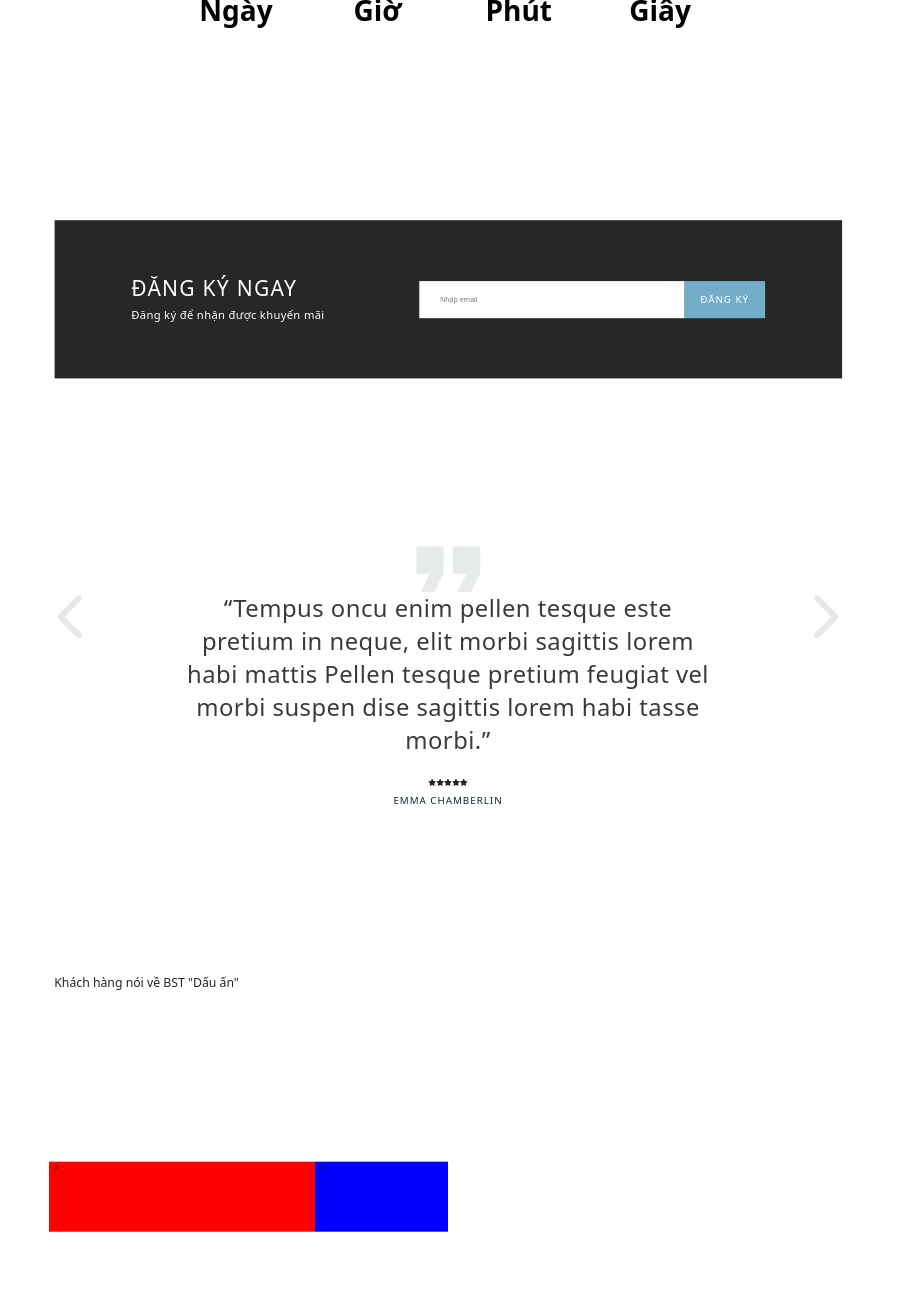
Repository: CangNgo/shoptrangsuc.github.io
Page: index.html
An editor plug-in stored every save of this project. The page is shown before and after the next save, followed by the edit.
The browser window is 1280 px wide. The page is 1288 px wide, so the pictures cover 1288 px, including what lies to the right of the window. The pictures show the part of the page from y = 4051 to 5931 px (the page is 5931 px tall), at 70% of full size.

Above is the page before, as saved 2024-01-11 18:23:40.

### index.html
<!DOCTYPE html>
<html lang="en">

<head>
    <meta charset="UTF-8">
    <meta name="viewport" content="width=device-width, initial-scale=1.0">
    <link rel="stylesheet" href="asset/css/style.css">
    <link rel="stylesheet" href="asset/css/layout.css">
    <link rel="stylesheet" href="asset/fontawesome-free-6.2.1-web/fontawesome-free-6.2.1-web/css/all.min.css">
    <link href="https://cdn.jsdelivr.net/npm/bootstrap@5.3.2/dist/css/bootstrap.min.css" rel="stylesheet" integrity="sha384-T3c6CoIi6uLrA9TneNEoa7RxnatzjcDSCmG1MXxSR1GAsXEV/Dwwykc2MPK8M2HN" crossorigin="anonymous">

    <title>Serein shop trang sức</title>
</head>

<body>
    <main>
        <header>
            <div class="grid wide">
                <div class="header__main">
                    <div class="logo">
                        <img src="asset/img/logo.png" alt="">
                    </div>
                    <div class="nav">
                        <div class="navbar">
                            <ul>
                                <li><a href="#">Home</a></li>
                                <li><a href="shop.html">Shop</a></li>
                                <li><a href="#">About</a></li>
                                <li><a href="#">Blogs</a></li>
                                <li><a href="#">Contact</a></li>
                            </ul>
                        </div>
                        <div class="right__icons">
                            <div class="right__icon-item">
                                <i class="fa-solid fa-magnifying-glass"></i>
                            </div>
                            <div class="right__icon-item">
                                <i class="fa-solid fa-user"></i>
                            </div>
                            <div class="right__icon-item">
                                <i class="fa-solid fa-cart-shopping"></i>
                                <span>(0)</span>
                            </div>
                        </div>
                    </div>
                </div>
            </div>
        </header>
        <div class="banner">
            <div class="grid wide">
                <div class="row">
                    <div class="col l-6">
                        <div class="banner__left">
                            <h3>Bộ sưu tập</h3>
                            <h2>Dấu ấn</h2>
                            <span>Mỗi chúng ta là một cá thể độc nhất trên thế giới, vậy nên, hãy thoải mái sáng tạo
                                theo cách riêng của bạn. Dù ở bất kỳ phiên bản nào, Serein Jewelry luôn đồng hành cùng
                                bạn ghi lại “DẤU ẤN” riêng bạn.</span>
                        </div>
                    </div>
                    <div class="col l-6 ">
                        <div class="banner__right">
                            <div class="banner__right-btn">
                                <i class="fa-solid fa-chevron-left"></i>
                            </div>
                            <div class="banner-right-img">
                                <img src="asset/img/vong-bac-banner.png" alt="">
                            </div>
                            <div class="banner__right-btn">
                                <i class="fa-solid fa-chevron-right"></i>
                            </div>
                        </div>
                    </div>
                </div>
                <div class="row banner__bottom">
                    <div class="col l-6">
                        <form class="banner-bottom-left">
                            <button type="submit" name="">Mua ngay</button>
                        </form>
                    </div>
                    <div class="col l-6">
                        <div class="banner-bottom-right">
                            <div class="banner-bottom-color">
                                <div class="banner-bottom-color-item gold"></div>
                                <div class="banner-bottom-color-item white"></div>
                            </div>
                            <div class="banner-bottom-play">
                                <i class="fa-solid fa-circle-play"></i>
                            </div>
                        </div>
                    </div>
                </div>
            </div>
        </div>
        <section class="features container">
            <div class="grid wide">
                <div class="row">
                    <div class="col l-3">
                        <div class="features-item">
                            <div class="features-icon">
                                <i class="fa-solid fa-cart-shopping"></i>
                            </div>
                            <div class="feeatures-items">
                                <h4>Miễn phí giao hàng</h4>
                                <span>Consectetur adipi elit lorem ipsum dolor sit amet.</span>
                            </div>
                        </div>
                    </div>
                    <div class="col l-3">
                        <div class="features-item">
                            <div class="features-icon">
                                <i class="fa-solid fa-medal"></i>
                            </div>
                            <div class="feeatures-items">
                                <h4>Đảm bảo chất lượng</h4>
                                <span>Consectetur adipi elit lorem ipsum dolor sit amet.</span>
                            </div>
                        </div>
                    </div>
                    <div class="col l-3">
                        <div class="features-item">
                            <div class="features-icon">
                                <i class="fa-solid fa-tag"></i>
                            </div>
                            <div class="feeatures-items">
                                <h4>Ưu đãi hàng ngày</h4>
                                <span>Consectetur adipi elit lorem ipsum dolor sit amet.</span>
                            </div>
                        </div>
                    </div>
                    <div class="col l-3">
                        <div class="features-item">
                            <div class="features-icon">
                                <i class="fa-solid fa-shield"></i>
                            </div>
                            <div class="feeatures-items">
                                <h4>Thanh toán an toàn</h4>
                                <span>Consectetur adipi elit lorem ipsum dolor sit amet.</span>
                            </div>
                        </div>
                    </div>
                </div>
            </div>
        </section>
        <section class="product container">
            <div class="grid wide">
                <div class="product-section">
                    <h3>Sản phẩm mới</h3>
                    <span><a href="#">Đi đến shop</a></span>
                </div>
                <div class="row">
                    <form class="col l-3">
                        <div class="product-item">
                            <div class="product-top">
                                <div class="product-item-img">
                                    <img src="asset/img/vong-bac.png" alt="Vòng tay bạc">
                                </div>
                            </div>
                            <div class="product-bottom">
                                <div class="product-item-bottom">
                                    <div class="product-item-name">Vòng tay bạc</div>
                                    <div class="product-item-price"><a href="#">300.000 VNĐ</a></div>
                                </div>
                                <div class="buy-product" style="position: relative;">
                                    <button name="buy_product">Mua ngay</button>
                                    <button class="buy-product-item" name="cart_product"><i class="fa-solid fa-cart-shopping"></i></button>
                                </div>
                            </div>
                        </div>
                    </form>
                    <div class="col l-3">
                        <div class="product-item">
                            <div class="product-item-img">
                                <img src="asset/img/nhan-bac.png" alt="Vòng tay bạc">
                            </div>
                            <div class="product-item-bottom">
                                <div class="product-item-name">Vòng tay bạc</div>
                                <div class="product-item-price"><a href="#">300.000 VNĐ</a></div>
                            </div>
                        </div>
                    </div>
                    <div class="col l-3">
                        <div class="product-item">
                            <div class="product-item-img">
                                <img src="asset/img/bong-tai-bac.png" alt="Vòng tay bạc">
                            </div>
                            <div class="product-item-bottom">
                                <div class="product-item-name">Vòng tay bạc</div>
                                <div class="product-item-price"><a href="#">300.000 VNĐ</a></div>
                            </div>
                        </div>
                    </div>
                    <div class="col l-3">
                        <div class="product-item">
                            <div class="product-item-img">
                                <img src="asset/img/nhan-vang.png" alt="Vòng tay bạc">
                            </div>
                            <div class="product-item-bottom">
                                <div class="product-item-name">Vòng tay bạc</div>
                                <div class="product-item-price"><a href="#">300.000 VNĐ</a></div>
                            </div>
                        </div>
                    </div>
                </div>
            </div>
        </section>
        <section class="product container">
            <div class="grid wide">
                <div class="product-section">
                    <h3>Sản phẩm yêu thích</h3>
                    <span><a href="#">Đi đến shop</a></span>
                </div>
                <div class="row">
                    <div class="col l-3">
                        <div class="product-item">
                            <div class="product-item-img">
                                <img src="asset/img/vong-bac.png" alt="Vòng tay bạc">
                            </div>
                            <div class="product-item-bottom">
                                <div class="product-item-name">Vòng tay bạc</div>
                                <div class="product-item-price"><a href="#">300.000 VNĐ</a></div>
                            </div>
                        </div>
                    </div>
                    <div class="col l-3">
                        <div class="product-item">
                            <div class="product-item-img">
                                <img src="asset/img/nhan-bac.png" alt="Vòng tay bạc">
                            </div>
                            <div class="product-item-bottom">
                                <div class="product-item-name">Vòng tay bạc</div>
                                <div class="product-item-price"><a href="#">300.000 VNĐ</a></div>
                            </div>
                        </div>
                    </div>
                    <div class="col l-3">
                        <div class="product-item">
                            <div class="product-item-img">
                                <img src="asset/img/bong-tai-bac.png" alt="Vòng tay bạc">
                            </div>
                            <div class="product-item-bottom">
                                <div class="product-item-name">Vòng tay bạc</div>
                                <div class="product-item-price"><a href="#">300.000 VNĐ</a></div>
                            </div>
                        </div>
                    </div>
                    <div class="col l-3 m-12 c-12">
                        <div class="product-item">
                            <div class="product-item-img">
                                <img src="asset/img/nhan-vang.png" alt="Vòng tay bạc">
                            </div>
                            <div class="product-item-bottom">
                                <div class="product-item-name">Vòng tay bạc</div>
                                <div class="product-item-price"><a href="#">300.000 VNĐ</a></div>
                            </div>
                        </div>
                    </div>
                </div>
            </div>
        </section>
        <section class="posts product container">
            <div class="grid wide">
                <div class="product-section">
                    <h3>Bài viết mới</h3>
                    <span><a href="#">Đi đến blog</a></span>
                </div>
                <div class="row">
                    <div class="col l-4">
                        <div class="posts-item">
                            <div class="post-item-img"><img src="asset/img/post1.png" alt=""></div>
                            <div class="post-item-datetime">feb 22, 2023 - Gadgets</div>
                            <div class="post-item-name">Get some cool gadgets in 2023</div>
                        </div>
                    </div>
                    <div class="col l-4">
                        <div class="posts-item">
                            <div class="post-item-img"><img src="asset/img/post2.png" alt=""></div>
                            <div class="post-item-datetime">feb 22, 2023 - technology</div>
                            <div class="post-item-name">TECHNOLOGY HACK YOU WON’T GET</div>
                        </div>
                    </div>
                    <div class="col l-4">
                        <div class="posts-item">
                            <div class="post-item-img"><img src="asset/img/post3.png" alt=""></div>
                            <div class="post-item-datetime">feb 22, 2023 - camera</div>
                            <div class="post-item-name">toP 10 SMALL cAMERA IN THE WORLD</div>
                        </div>
                    </div>
                </div>
            </div>
        </section>
        <section class="coutdown container">
            <div class="grid wide">
                <div class="coutdown-content">
                    <h3>Đăng ký ngay để sở hữu BST "Dấu ấn"</h3>
                    <div class="coutdown-content-bottom">
                        <span>Vì “Dấu ấn” là BST độc nhất cho mỗi khách hàng, nên chúng tôi chỉ mở bán với số lượng giới
                            hạn.
                            Đặc biệt, khi mua hàng càng sớm bạn sẽ nhận được nhiều ưu đãi đặc biệt từ Serein Jewelry.
                        </span>
                        <button name="buy_submit">Mua ngay</button>
                    </div>
                </div>
                <div class="coutdown-olock">
                    <div class="coutdown-olock-item">
                        <div class="coutdown-olock-item-hour">0</div>
                        <div class="coutdown-olock-item-day">Ngày</div>
                    </div>
                    <div class="coutdown-olock-item">
                        <div class="coutdown-olock-item-hour">7</div>
                        <div class="coutdown-olock-item-day">Giờ</div>
                    </div>
                    <div class="coutdown-olock-item">
                        <div class="coutdown-olock-item-hour">23</div>
                        <div class="coutdown-olock-item-day">Phút</div>
                    </div>
                    <div class="coutdown-olock-item">
                        <div class="coutdown-olock-item-hour">49</div>
                        <div class="coutdown-olock-item-day">Giây</div>
                    </div>
                </div>
            </div>
        </section>
        <section class="form-register container">
            <div class="grid wide">
                <div class="form-register-main">
                    <div class="form-register-content">
                        <h3>Đăng ký ngay</h3>
                        <span>Đăng ký để nhận được khuyến mãi</span>
                    </div>
                    <div class="form-register-input">
                        <input type="text" placeholder="Nhập email">
                        <button>Đăng ký</button>
                    </div>
                </div>
            </div>
        </section>
        <section class="testimony container">
            <div class="grid wide">
                <div class="testimony-main">
                    <div class="testimony-icon">
                        <img src="asset/img/testimony-icon.png" alt="">
                    </div>
                    <div class="testimony-content">
                        <div class="testimony-button-left">
                            <i class="fa-solid fa-chevron-left"></i>
                        </div>
                        <div class="testimony-content-said">
                            “Tempus oncu enim pellen tesque este pretium in neque, elit morbi sagittis lorem habi mattis
                            Pellen tesque pretium feugiat vel morbi suspen dise sagittis lorem habi tasse morbi.”
                        </div>
                        <div class="testimony-button-right">
                            <i class="fa-solid fa-chevron-right"></i>
                        </div>
                    </div>
                    <div class="testimony-star">
                        <div class="testimony-star-items">
                            <div class="testimony-star-item">
                                <i class="fa-solid fa-star"></i>
                            </div>
                            <div class="testimony-star-item">
                                <i class="fa-solid fa-star"></i>
                            </div>
                            <div class="testimony-star-item">
                                <i class="fa-solid fa-star"></i>
                            </div>
                            <div class="testimony-star-item">
                                <i class="fa-solid fa-star"></i>
                            </div>
                            <div class="testimony-star-item">
                                <i class="fa-solid fa-star"></i>
                            </div>
                        </div>
                        <div class="testtimony-star-name">
                            Emma Chamberlin
                        </div>
                    </div>
                </div>
            </div>
        </section>
        <div class="evaluate container">
            <div class="grid wide">
                <h3>Khách hàng nói về BST "Dấu ấn"</h3>
                <div class="row">
                    <div class="col l-4"></div>
                    <div class="col l-4"></div>
                    <div class="col l-4"></div>
                </div>
            </div>
        </div>
        <footer class="container">
            <div class="grid wide">
                <div class="row">
                    <div class="col-4" style="background-color: red; height: 100px;">a</div>
                    <div class="col-2" style="background-color: blue;">a</div>
                    <div class="col-3"></div>
                    <div class="col-3"></div>
                </div>
            </div>
        </footer>
    </main>
</body>

</html>

### asset/css/layout.css
.grid {
    width: 100%;
    display: block;
    padding: 0;
}

.grid.wide {
    max-width: 1300px;
    margin: 0 auto;
}

.row {
    display: flex;
    flex-wrap: wrap;
    margin-left: -8px;
    margin-right: -8px;
}


.col {
    padding-left: 8px;
    padding-right: 8px;
}

.c-0 {
    display: none;
}

.c-1 {
    flex: 0 0 8.33333%;
    max-width: 8.33333%;
}

.c-2 {
    flex: 0 0 16.66667%;
    max-width: 16.66667%;
}

.c-3 {
    flex: 0 0 25%;
    max-width: 25%;
}

.c-4 {
    flex: 0 0 33.33333%;
    max-width: 33.33333%;
}

.c-5 {
    flex: 0 0 41.66667%;
    max-width: 41.66667%;
}

.c-6 {
    flex: 0 0 50%;
    max-width: 50%;
}

.c-7 {
    flex: 0 0 58.33333%;
    max-width: 58.33333%;
}

.c-8 {
    flex: 0 0 66.66667%;
    max-width: 66.66667%;
}

.c-9 {
    flex: 0 0 75%;
    max-width: 75%;
}

.c-10 {
    flex: 0 0 83.33333%;
    max-width: 83.33333%;
}

.c-11 {
    flex: 0 0 91.66667%;
    max-width: 91.66667%;
}

.c-12 {
    flex: 0 0 100%;
    max-width: 100%;
}

/* >= Tablet */
@media (min-width: 740px) {
    .row {
        margin-left: -12px;
        margin-right: -12px;
    }

    .col {
        padding-left: 12px;
        padding-right: 12px;
    }

    .m-0 {
        display: none;
    }

    .m-4,
    .m-5,
    .m-6,
    .m-8,
    .m-10,
    .m-12 {
        display: block;
    }

    .m-4 {
        flex: 0 0 33.33334%;
        max-width: 33.3334%;
    }

    .m-5 {
        flex: 0 0 41.66667%;
        max-width: 41.66667%;
    }

    .m-6 {
        flex: 0 0 50%;
        max-width: 50%;
    }

    .m-8 {
        flex: 0 0 66.66667%;
        max-width: 66.66667%;
    }

    .m-10 {
        flex: 0 0 83.33333%;
        max-width: 83.33333%;
    }

    .m-12 {
        flex: 0 0 100%;
        max-width: 100%;
    }
}

/* PC medium resolution > */
@media (min-width: 1024px) {
    .row {
        margin-left: -10px;
        margin-right: -10px;
    }

    .row.sm-gutter {
        margin-left: -5px;
        margin-right: -5px;
    }

    .col {
        padding-left: 10px;
        padding-right: 10px;
    }

    .row.sm-gutter .col {
        padding-left: 5px;
        padding-right: 5px;
    }

    .l-0 {
        display: none;
    }

    .l-3,
    .l-4,
    .l-5,
    .l-6,
    .l-8,
    .l-8-3,
    .l-10,
    .l-12 {
        display: block;
    }

    .l-3 {
        flex: 0 0 25%;
        max-width: 25%;
    }

    .l-3-3 {
        flex: 0 0 25%;
        max-width: 25%;
    }

    .l-4 {
        flex: 0 0 33.33333%;
        max-width: 33.33333%;
    }

    .l-5 {
        flex: 0 0 41.66667%;
        max-width: 41.6667%;
    }

    .l-6 {
        flex: 0 0 50%;
        max-width: 50%;
    }

    .l-8 {
        flex: 0 0 66.66667%;
        max-width: 66.66667%;
    }

    .l-9 {
        flex: 0 0 75%;
        max-width: 75%;
    }

    .l-8-3 {
        flex: 0 0 30%;
        max-width: 30%;
    }

    .l-10 {
        flex: 0 0 83.33333%;
        max-width: 83.33333%;
    }

    .l-12 {
        flex: 0 0 100%;
        max-width: 100%;
    }
}

/* Tablet - PC low resolution */
@media (min-width: 740px) and (max-width: 1023px) {
    .wide {
        width: 644px;
    }
}

/* > PC low resolution */
@media (min-width: 1024px) and (max-width: 1239px) {
    .wide {
        width: 984px;
    }
}

Loaded but not shown: asset/fontawesome-free-6.2.1-web/fontawesome-free-6.2.1-web/css/all.min.css (library); asset/css/style.css (801 lines, source omitted)

After the next save:
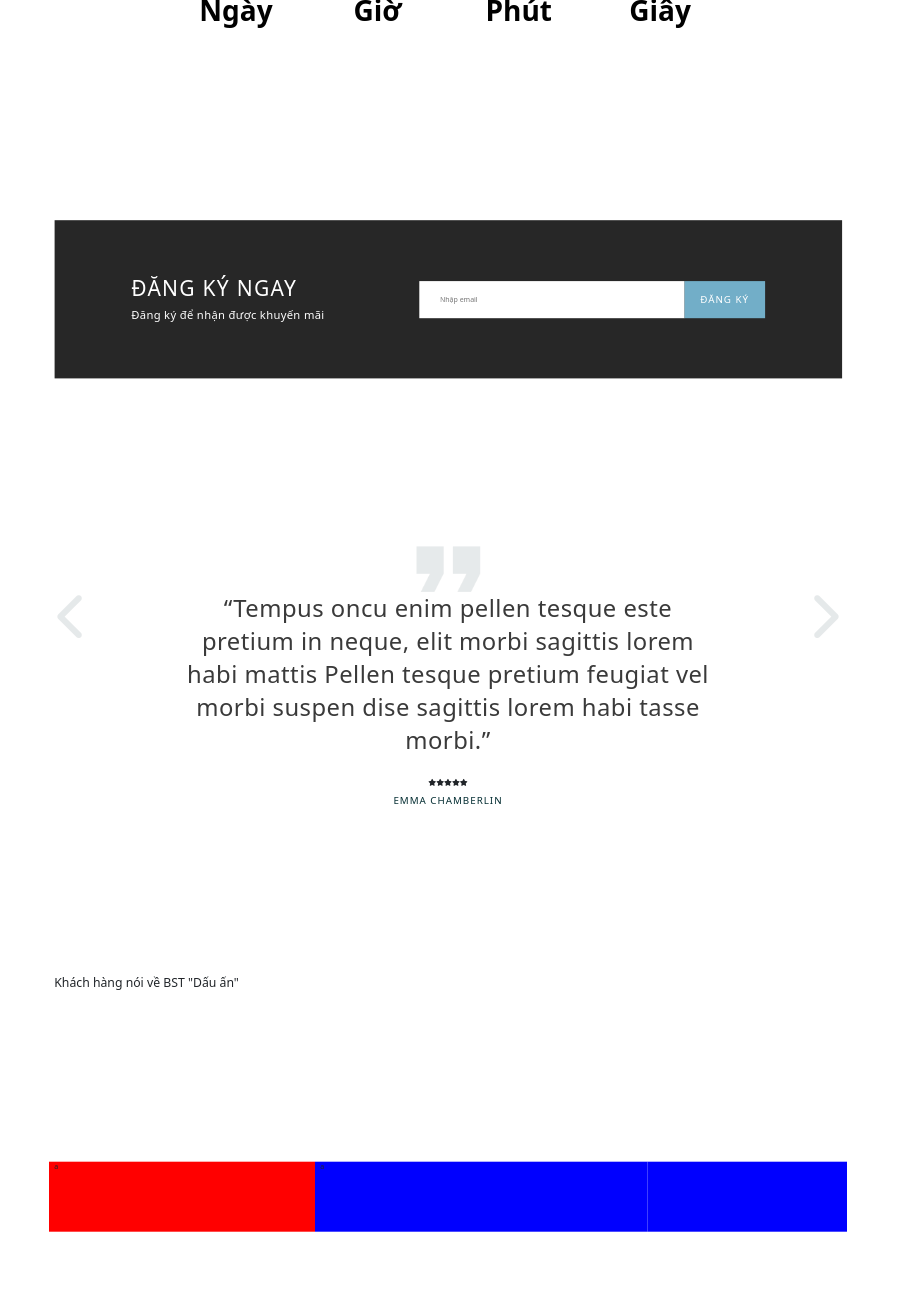
Saved 11 s later.
--- a/index.html
+++ b/index.html
@@ -393,8 +393,8 @@
                 <div class="row">
                     <div class="col-4" style="background-color: red; height: 100px;">a</div>
                     <div class="col-2" style="background-color: blue;">a</div>
-                    <div class="col-3"></div>
-                    <div class="col-3"></div>
+                    <div class="col-3" style="background-color: blue;"></div>
+                    <div class="col-3" style="background-color: blue;"></div>
                 </div>
             </div>
         </footer>
